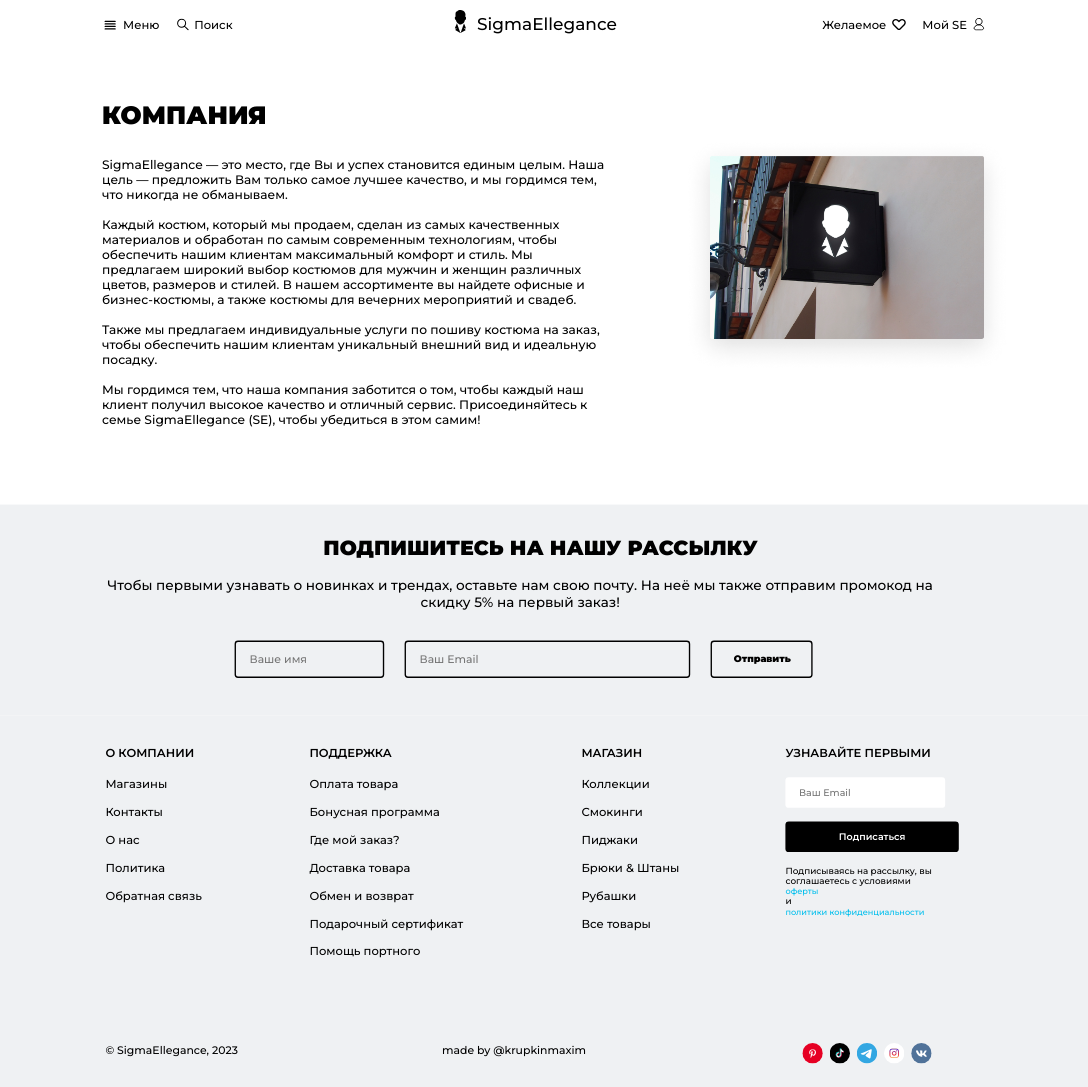
Repository: MaksimKrupkin/SigmaEllegance
Page: /aboutUsPage
An editor plug-in stored every save of this project. The page is shown before and after the next save, followed by the edit.
The browser window is 1280 px wide. The page is 1600 px wide, so the pictures cover 1600 px, including what lies to the right of the window. The pictures show the whole page, at 68% of full size.
Some web fonts or font styles are not loaded; a fallback is used. The project was rebuilt for these pictures with package versions that can differ from the ones it lists, and the page was loaded fresh each time. Also part of the build but not shown: src/Components/SideBar/SideBar.module.css, src/Components/SideBar/SideBar.jsx, src/Pages/HomePage.module.css, src/Components/SliderWrapper/SliderWrapper.module.css, src/Components/SliderCard/SliderCard.module.css, src/Components/SliderCard/SliderCard.jsx, src/Components/LeftArrow/LeftArrow.module.css, src/Components/LeftArrow/LeftArrow.jsx and 18 more.

Above is the page before, as saved 2023-12-11 21:11:42.

### public/index.html
<!DOCTYPE html>
<html lang="en">
  <head>
    <meta charset="utf-8" />

    <meta name="viewport" content="width=device-width, initial-scale=1" />

    <link rel="preconnect" href="https://fonts.googleapis.com" />
    <link rel="preconnect" href="https://fonts.gstatic.com" crossorigin />
    <link
      href="https://fonts.googleapis.com/css2?family=Roboto:wght@400;500;700&display=swap"
      rel="stylesheet" />
    <link
      href="https://fonts.googleapis.com/css2?family=Montserrat:ital,wght@0,300;0,500;0,600;0,900;1,400;1,500&family=Roboto:wght@400;500;700&display=swap"
      rel="stylesheet" />
    <link rel="preconnect" href="https://fonts.googleapis.com" />
    <link rel="preconnect" href="https://fonts.gstatic.com" crossorigin />
    <link
      href="https://fonts.googleapis.com/css2?family=Montserrat:wght@300&family=Roboto:wght@400;500;700&display=swap"
      rel="stylesheet" />
    <link href="https://fonts.cdnfonts.com/css/montserrat" rel="stylesheet" />
    <title>SigmaEllegance</title>
  </head>
  <body>
    <div id="root"></div>
  </body>
</html>

### src/index.js
import React from 'react';
import ReactDOM from 'react-dom/client';
import App from './App';
import { BrowserRouter } from 'react-router-dom';
const root = ReactDOM.createRoot(document.getElementById('root'));
root.render(
  <React.StrictMode>
    <BrowserRouter>
      <App />
    </BrowserRouter>
  </React.StrictMode>,
);

### src/App.js
import Header from './Components/Header/Header';
import HomePage from './Pages/HomePage';
import styles from './App.module.css';
import GoodsPage from './Pages/GoodsPage/GoodsPage';
import OpenGoodPage from './Pages/OpenGoodPage/OpenGoodPage';
import Footer from './Components/Footer/Footer';
import { BrowserRouter, Route, Routes } from 'react-router-dom';
import AboutUs from './Pages/AboutUs/AboutUs';
import SearchPage from './Pages/SearchPage/SearchPage';

function App() {
  return (
    <div className={styles.container}>
      <Header />
      <Routes>
        <Route path="/" element={<HomePage />} />
        <Route path="/goodspage" element={<GoodsPage />} />
        <Route path="/opengoodspage" element={<OpenGoodPage />} />
        <Route path="/aboutUsPage" element={<AboutUs />} />
        <Route path="/searchPage" element={<SearchPage />} />
      </Routes>
    </div>
  );
}

export default App;

### src/Components/Header/Header.jsx
import React from 'react';
import { useState } from 'react';
import { Link } from 'react-router-dom';
import styles from './Header.module.css';
import logo from '../../assets/img/logo.svg';
import icon1 from '../../assets/img/Icon1.svg';
import icon2 from '../../assets/img/icon2.svg';
import icon3 from '../../assets/img/icon3.svg';
import icon4 from '../../assets/img/icon4.svg';
import SideBar from '../SideBar/SideBar';

function Header() {
  const [toggleMenu, setToggleMenu] = useState(false);
  const HandleToggle = () => {
    setToggleMenu(!toggleMenu);
  };
  console.log(toggleMenu);
  return (
    <header className={styles.header}>
      <div className={styles.left_part}>
        <div onClick={HandleToggle} className={styles.menu}>
          <img className={styles.icon1} src={icon1} alt="" />
          <p>Меню</p>
        </div>
        {toggleMenu && <SideBar HandleToggle={HandleToggle} />}

        <Link to="/searchPage" className={styles.search}>
          <img className={styles.icon2} src={icon2} alt="" />
          <p>Поиск</p>
        </Link>
      </div>
      <Link to="/" className={styles.logo_part}>
        <img className={styles.logo} src={logo} alt="" />
        <p>SigmaEllegance</p>
      </Link>
      <div className={styles.right_part}>
        <a className={styles.liked}>
          <p>Желаемое</p>
          <img className={styles.icon3} src={icon3} alt="" />
        </a>
        <a className={styles.purchases}>
          <p>Мой SE</p>
          <img className={styles.icon4} src={icon4} alt="" />
        </a>
      </div>
    </header>
  );
}

export default Header;

### src/App.module.css
body {
  font-family: 'Montserrat', sans-serif;
  display: block;
  margin: 0 auto;
  padding: 0;
  width: 100%;
  overflow-x: hidden;
}
.container {
  width: 1600px;
  display: block;
  margin: 0 auto;
}

*,
*::before,
*::after {
  box-sizing: border-box;
}

/* Links */

a,
a:link,
a:visited {
  text-decoration: none;
}

a:hover {
  text-decoration: none;
}

/* Common */

aside,
nav,
footer,
header,
section,
main {
  display: block;
}

h1,
h2,
h3,
h4,
h5,
h6,
p {
  font-size: inherit;
  font-weight: inherit;
}

ul,
ul li {
  list-style: none;
}

img {
  vertical-align: top;
}

img,
svg {
  max-width: 100%;
  height: auto;
}

address {
  font-style: normal;
}

/* Form */

input,
textarea,
button,
select {
  font-family: inherit;
  font-size: inherit;
  color: inherit;
  background-color: transparent;
}

input::-ms-clear {
  display: none;
}

button,
input[type='submit'] {
  display: inline-block;
  box-shadow: none;
  background-color: transparent;
  background: none;
  cursor: pointer;
}

input:focus,
input:active,
button:focus,
button:active {
  outline: none;
}

button::-moz-focus-inner {
  padding: 0;
  border: 0;
}

label {
  cursor: pointer;
}

legend {
  display: block;
}

### src/Components/Footer/Footer.jsx
import React from 'react';
import icon1 from '../../assets/img/pint.svg';
import icon2 from '../../assets/img/TT.svg';
import icon3 from '../../assets/img/TG.svg';
import icon4 from '../../assets/img/IG.svg';
import icon5 from '../../assets/img/VK.svg';
import styles from './Footer.module.css';

export default function Footer() {
  return (
    <footer className={styles.footer}>
      <div className={styles.column_1}>
        <a className={styles.column_title}>О компании</a>
        <a className={styles.column_item}> Магазины</a>
        <a className={styles.column_item}>Контакты</a>
        <a className={styles.column_item}>О нас</a>
        <a className={styles.column_item}>Политика</a>
        <a className={styles.column_item}>Обратная связь</a>
      </div>
      <div className={styles.column_2}>
        <a className={styles.column_title}>Поддержка</a>
        <a className={styles.column_item}> Оплата товара</a>
        <a className={styles.column_item}>Бонусная программа</a>
        <a className={styles.column_item}>Где мой заказ?</a>
        <a className={styles.column_item}>Доставка товара</a>
        <a className={styles.column_item}>Обмен и возврат</a>
        <a className={styles.column_item}>Подарочный сертификат</a>
        <a className={styles.column_item}>Помощь портного</a>
      </div>
      <div className={styles.column_3}>
        <a className={styles.column_title}>Магазин</a>
        <a className={styles.column_item}> Коллекции</a>
        <a className={styles.column_item}>Смокинги</a>
        <a className={styles.column_item}>Пиджаки</a>
        <a className={styles.column_item}>Брюки & Штаны</a>
        <a className={styles.column_item}>Рубашки</a>
        <a className={styles.column_item}>Все товары</a>
      </div>
      <div className={styles.footer_form}>
        <div className={styles.footer_form_title}>Узнавайте первыми</div>
        <form action={styles.text}>
          <input className={styles.footer_form_email} type="text" placeholder="Ваш Email" />
        </form>
        <div className={styles.footer_button}>
          <div className={styles.footer_link}>Подписаться</div>
        </div>
        <div className={styles.policy}>
          Подписываясь на рассылку, вы соглашаетесь с условиями{' '}
          <a href="" className={styles.policy_link}>
            оферты
          </a>{' '}
          и <a className={styles.policy_link}>политики конфиденциальности</a>{' '}
        </div>
      </div>
      <div className={styles.footer_border}>
        <img src="/img/Border.svg" alt="" />
      </div>
      <div className={styles.sigma_corp}>© SigmaEllegance, 2023</div>
      <div className={styles.made_by}>made by @krupkinmaxim</div>
      <div className={styles.social_networks}>
        <img className={styles.pintrest} src={icon1} alt="" />
        <img className={styles.tik_tok} src={icon2} alt="" />
        <img className={styles.telegram} src={icon3} alt="" />
        <img className={styles.instagram} src={icon4} alt="" />
        <img className={styles.vk} src={icon5} alt="" />
      </div>
    </footer>
  );
}

### src/Pages/AboutUs/AboutUs.jsx
import React from 'react';
import styles from './AboutUs.module.css';
import image from '../../assets/img/billboard.png';
import Sendings from '../../Components/Sendings/Sendings';
import Footer from '../../Components/Footer/Footer';

export default function AboutUs() {
  return (
    <>
      <div className={styles.container}>
        <div className={styles.leftPart}>
          <h1 className={styles.title}>Компания</h1>
          <div className={styles.text}>
            SigmaEllegance — это место, где Вы и успех становится единым целым. Наша цель —
            предложить Вам только самое лучшее качество, и мы гордимся тем, что никогда не
            обманываем.
            <br />
            <br /> Каждый костюм, который мы продаем, сделан из самых качественных материалов и
            обработан по самым современным технологиям, чтобы обеспечить нашим клиентам максимальный
            комфорт и стиль. Мы предлагаем широкий выбор костюмов для мужчин и женщин различных
            цветов, размеров и стилей. В нашем ассортименте вы найдете офисные и бизнес-костюмы, а
            также костюмы для вечерних мероприятий и свадеб.
            <br />
            <br /> Также мы предлагаем индивидуальные услуги по пошиву костюма на заказ, чтобы
            обеспечить нашим клиентам уникальный внешний вид и идеальную посадку.
            <br />
            <br /> Мы гордимся тем, что наша компания заботится о том, чтобы каждый наш клиент
            получил высокое качество и отличный сервис. Присоединяйтесь к семье SigmaEllegance (SE),
            чтобы убедиться в этом самим!
          </div>
        </div>
        <img className={styles.image} src={image} alt="" />
      </div>
      <Sendings />
      <footer>
        <Footer />
      </footer>
    </>
  );
}

### src/Components/Header/Header.module.css
.header {
  font-family: 'Montserrat', sans-serif;
  margin: 0 auto;
  width: 100%;
  height: 10vh;
  display: flex;
  justify-content: space-around;
  align-items: center;
}

.left_part {
  display: flex;
  justify-content: space-between;
  align-items: center;
  gap: 25px;
  color: #000;
  margin-bottom: -2px;

  font-family: Montserrat;
  font-size: 17px;
  font-style: normal;
  font-weight: 500;
  line-height: normal;
}
.menu {
  display: flex;
  justify-content: space-between;
  align-items: center;
  gap: 8px;
  cursor: pointer;
}
.menu:hover {
  color: rgb(80, 77, 77);
}
.icon1 {
  width: 22px;
  height: 22px;
  margin-bottom: 1px;
}
.search {
  display: flex;
  justify-content: space-between;
  align-items: center;
  gap: 8px;
  cursor: pointer;
  color: black;
}

.search:hover {
  color: rgb(80, 77, 77);
}
.icon2 {
  width: 18px;
  height: 18px;
  margin-bottom: 3px;
}

.logo_part {
  margin-bottom: 3px;
  display: flex;
  justify-content: space-between;
  align-items: center;

  color: #000;

  font-family: Montserrat;
  font-size: 25px;
  font-style: normal;
  font-weight: 400;
  line-height: normal;
  cursor: pointer;
}

.logo {
  width: 67.375px;
  height: 69.103px;
  flex-shrink: 0;
  margin-right: -10px;
}
.right_part {
  margin-bottom: -2px;
  display: flex;
  justify-content: space-between;
  align-items: center;
  gap: 23px;
  font-family: Montserrat;
  font-size: 17px;
  font-style: normal;
  font-weight: 500;
  line-height: normal;
}

.liked {
  display: flex;
  justify-content: space-between;
  align-items: center;
  gap: 8px;
  cursor: pointer;
}
.liked:hover {
  color: rgb(80, 77, 77);
}
.icon3 {
  width: 22px;
  height: 22px;
  margin-bottom: 3px;
}

.purchases {
  display: flex;
  justify-content: space-between;
  align-items: center;
  gap: 8px;
  cursor: pointer;
}
.purchases:hover {
  color: rgb(80, 77, 77);
}

.icon4 {
  width: 19px;
  height: 19px;
  margin-bottom: 3px;
}

### src/Components/Sendings/Sendings.jsx
import React from 'react';
import styles from './Sendings.module.css';

export default function Sendings() {
  return (
    <div className={styles.customer_form_container}>
      <div className={styles.customer_form}>
        <div className={styles.customer_form_title}>Подпишитесь на нашу рассылку</div>
        <div className={styles.customer_form_subtitle}>
          Чтобы первыми узнавать о новинках и трендах, оставьте нам свою почту. На неё мы также
          отправим промокод на скидку 5% на первый заказ!
        </div>
        <form className={styles.forms}>
          <input className={styles.name} type="text" name="name" placeholder="Ваше имя" required />
          <br />
          <input className={styles.email} type="text" name="email" placeholder="Ваш Email" />
          <br />
          <input className={styles.send} type="button" value="Отправить" />
        </form>
      </div>
    </div>
  );
}

### src/Components/Footer/Footer.module.css
.footer {
  background-color: #eff1f3;
  width: 1600px;
  height: 547px;
  position: relative;
}
a {
  display: block;
}

.column_1 {
  position: absolute;
  top: 45px;
  left: 155px;
}

.column_2 {
  position: absolute;
  top: 45px;
  left: 455px;
}

.column_3 {
  position: absolute;
  top: 45px;
  left: 855px;
}
.column_title {
  font-style: normal;
  font-weight: 600;
  font-size: 17px;
  line-height: 21px;
  text-transform: uppercase;
  color: #000000;
  margin-bottom: 25px;
}

.column_item {
  font-family: 'Montserrat';
  font-style: normal;
  font-weight: 400;
  font-size: 17px;
  line-height: 21px;
  color: #000000;
  margin-bottom: 20px;
  cursor: pointer;
}

.footer_form {
  position: absolute;
  top: 45px;
  left: 1155px;
}

.footer_form_title {
  font-style: normal;
  font-weight: 600;
  font-size: 17px;
  line-height: 21px;
  text-transform: uppercase;
  color: #000000;
  margin-bottom: 25px;
}
.footer {
  opacity: 1;
}
.footer_form_email {
  width: 235px;
  height: 45px;
  background-color: white;
  border: none;
  border-radius: 5px;
  font-style: normal;
  font-weight: 400;
  font-size: 14px;
  line-height: 17px;
  padding-left: 20px;
  color: rgba(0, 0, 0, 0.4);
}
.footer_form_email:focus {
  border: 2px solid black;
}

.footer_button {
  margin-top: 20px;
  margin-bottom: 20px;
  width: 255px;
  background-color: #000000;
  border-radius: 5px;
  text-align: center;
  font-style: normal;
  font-weight: 600;
  font-size: 14px;
  line-height: 45px;
  color: #ffffff;
  cursor: pointer;
}
.footer_link {
  color: #ffffff;
}

.policy {
  width: 254px;
  font-style: normal;
  font-weight: 400;
  font-size: 13px;
  line-height: 15px;
  color: #000000;
}
.policy_link {
  font-style: normal;
  font-weight: 400;
  font-size: 12px;
  line-height: 15px;
  color: #00bfed;
}

.footer_border {
  position: absolute;
  bottom: 120px;
}

.sigma_corp {
  position: absolute;
  left: 155px;
  bottom: 45px;

  font-weight: 500;
}

.made_by {
  position: absolute;
  left: 650px;
  bottom: 45px;
  font-weight: 500;
}

.social_networks {
  position: absolute;
  left: 1180px;
  bottom: 35px;
}
.pintrest {
  width: 30px;
  height: 30px;
  margin-right: 10px;
  transition: all 0.1s ease-in;
  cursor: pointer;
}
.pintrest:hover {
  width: 35px;
  height: 35px;
  transform: translateY(-3px);
}
.tik_tok {
  width: 30px;
  height: 30px;
  margin-right: 10px;
  transition: all 0.1s ease-in;
  cursor: pointer;
}
.tik_tok:hover {
  width: 35px;
  height: 35px;
  transform: translateY(-3px);
}
.telegram {
  width: 30px;
  height: 30px;
  margin-right: 10px;
  transition: all 0.1s ease-in;
  cursor: pointer;
}
.telegram:hover {
  width: 35px;
  height: 35px;
  transform: translateY(-3px);
}
.instagram {
  width: 30px;
  height: 30px;
  margin-right: 10px;
  transition: all 0.1s ease-in;
  cursor: pointer;
}
.instagram:hover {
  width: 35px;
  height: 35px;
  transform: translateY(-3px);
}
.vk {
  width: 30px;
  height: 30px;
  margin-right: 10px;
  transition: all 0.1s ease-in;
  cursor: pointer;
}
.vk:hover {
  width: 35px;
  height: 35px;
  transform: translateY(-3px);
}

### src/Pages/AboutUs/AboutUs.module.css
.container {
  width: 1200px;
  height: 470px;
  margin: 150px;
  margin-right: 140px;
  margin-top: 50px;
  display: flex;
  justify-content: space-between;
  gap: 115px;
}

.title {
  color: #000;

  font-family: Montserrat;
  font-size: 37px;
  font-style: normal;
  font-weight: 700;
  line-height: normal;
  text-transform: uppercase;
  margin-bottom: 40px;
}
.text {
  width: 740px;
  height: 496px;
  flex-shrink: 0;
  color: #000;

  font-family: Montserrat;
  font-size: 18px;
  font-style: normal;
  font-weight: 400;
  line-height: normal;
}

.image {
  width: 520px;
  height: 347px;
  margin-top: 80px;
}

### src/Components/Sendings/Sendings.module.css
.customer_form_container {
  background-color: #eff1f3;
  width: 1600px;
  height: 310px;
  margin-top: 40px;
}

.customer_form {
  width: 1290px;
  display: flex;
  flex-direction: column;
  align-items: center;
}

.customer_form_title {
  margin-top: 45px;
  margin-left: 300px;
  margin-bottom: 25px;
  font-style: normal;
  font-weight: 700;
  font-size: 30px;
  line-height: 37px;
  text-transform: uppercase;
  color: #000000;
  text-align: center;
}

.customer_form_subtitle {
  width: 1290px;
  margin-left: 240px;
  margin-bottom: 45px;
  font-style: normal;
  font-weight: 500;
  font-size: 20px;
  line-height: 24px;
  text-align: center;
  color: #000000;
}

.forms {
  display: flex;
  justify-content: center;
  align-items: center;
  gap: 15px;
  margin-left: 250px;
}

.name {
  width: 220px;
  height: 55px;
  border: 2px solid black;
  border-radius: 5px;
  padding-left: 20px;
  color: rgba(0, 0, 0, 0.8);
  transition: all 0.6s ease-in-out;
}

.email {
  width: 420px;
  height: 55px;
  border: 2px solid black;
  border-radius: 5px;
  padding-left: 20px;
  color: rgba(0, 0, 0, 0.8);
  transition: all 0.6s ease-in-out;
}

.send {
  text-align: center;
  width: 150px;
  height: 55px;
  border: 2px solid black;
  border-radius: 5px;
  padding-left: 8px;
  color: black;
  font-weight: 700;
  font-size: 14px;
  line-height: 17px;
  transition: all 0.2s ease-out;
  cursor: pointer;
}

.send:hover {
  border-radius: 10px;
  transform: translateY(-1px);

  -webkit-box-shadow: 0px 5px 10px -28px rgba(143, 143, 143, 1);
  -moz-box-shadow: 0px 5px 10px -28px rgba(143, 143, 143, 1);
  box-shadow: 0px 5px 10px -28px rgba(143, 143, 143, 1);
}

After the next save:
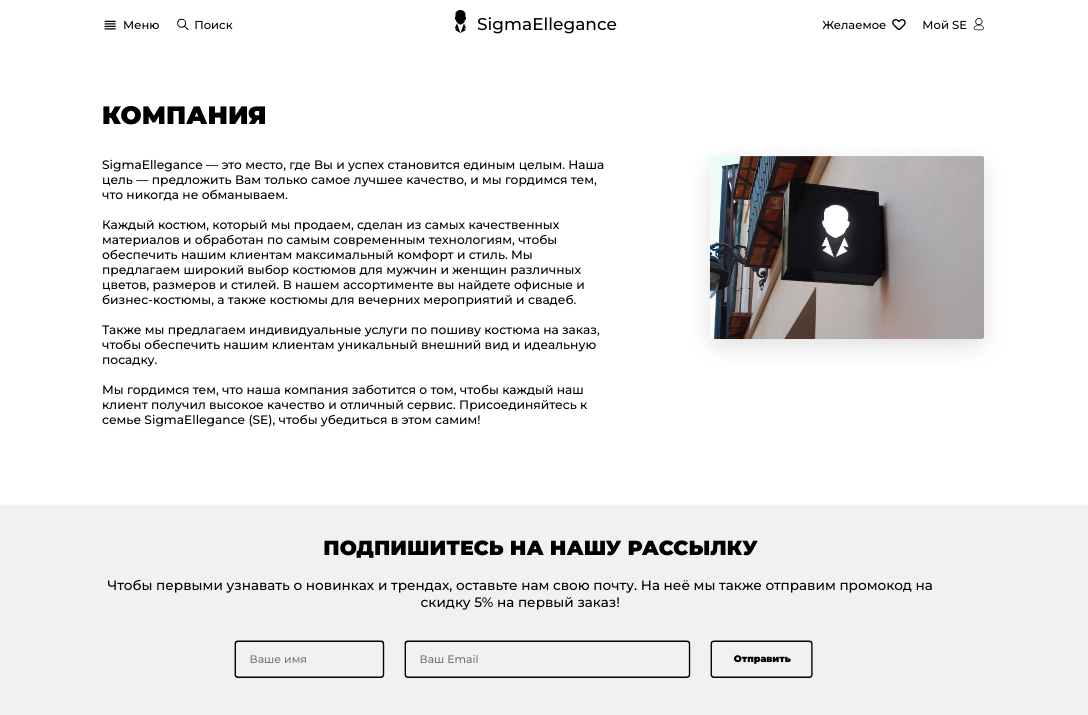
Saved 6 s later.
--- a/src/Pages/AboutUs/AboutUs.jsx
+++ b/src/Pages/AboutUs/AboutUs.jsx
@@ -2,7 +2,6 @@ import React from 'react';
 import styles from './AboutUs.module.css';
 import image from '../../assets/img/billboard.png';
 import Sendings from '../../Components/Sendings/Sendings';
-import Footer from '../../Components/Footer/Footer';
 
 export default function AboutUs() {
   return (
@@ -32,9 +31,6 @@ export default function AboutUs() {
         <img className={styles.image} src={image} alt="" />
       </div>
       <Sendings />
-      <footer>
-        <Footer />
-      </footer>
     </>
   );
 }

After the save that followed:
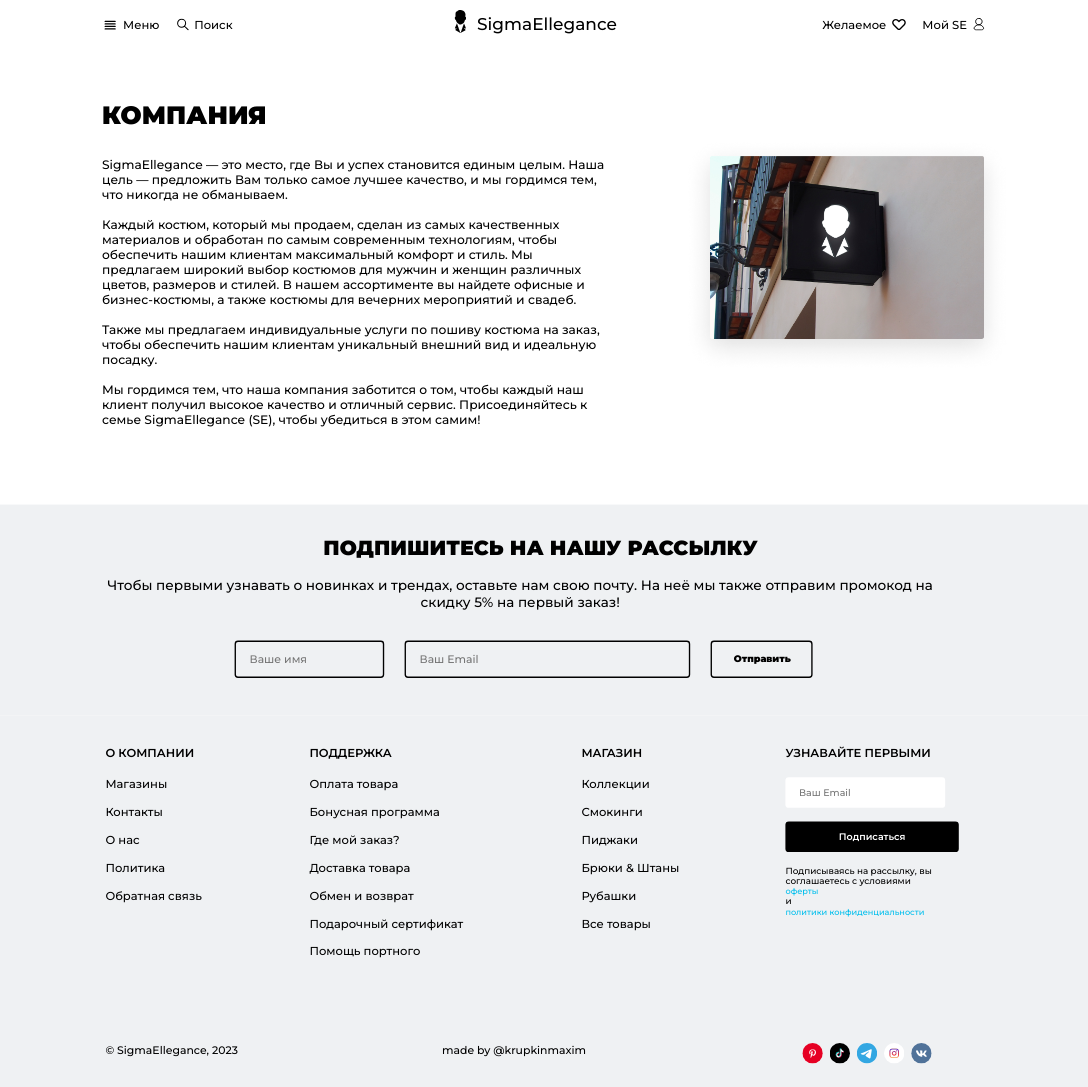
Saved 5 s later.
--- a/src/App.js
+++ b/src/App.js
@@ -19,6 +19,9 @@ function App() {
         <Route path="/aboutUsPage" element={<AboutUs />} />
         <Route path="/searchPage" element={<SearchPage />} />
       </Routes>
+      <footer>
+        <Footer />
+      </footer>
     </div>
   );
 }
